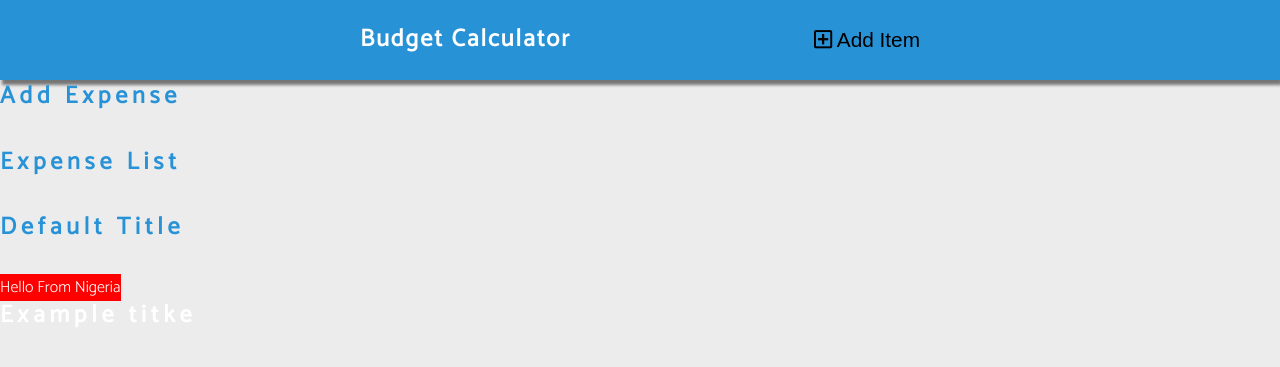
Repository: webdril/budget
Page: /
The author's editor kept a copy of each file at every save. The page is drawn from the files as they stood at one save, then again after the next save.
The browser window is 1280 px wide. The pictures show the whole page.
The project was rebuilt for these pictures with package versions that can differ from the ones it lists, and the page was loaded fresh each time.

Above is the page before, as saved 2020-02-29 02:23:44.

After the next save:
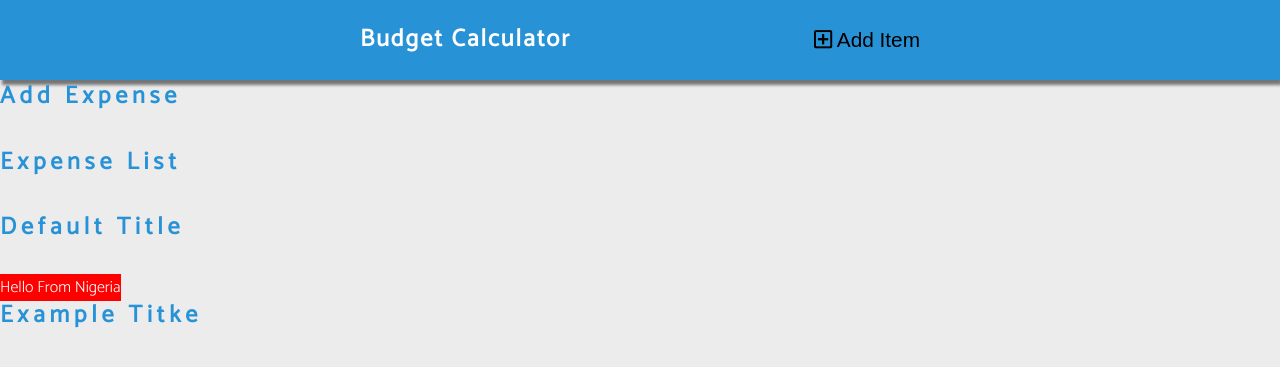
Saved 29 s later.
--- a/src/Example.svelte
+++ b/src/Example.svelte
@@ -8,7 +8,7 @@ span {
 <span>
 Hello From Nigeria
 
-<div>
+<div class="main-title">
 <h2>Example titke</h2>
 </div>
 </span>
